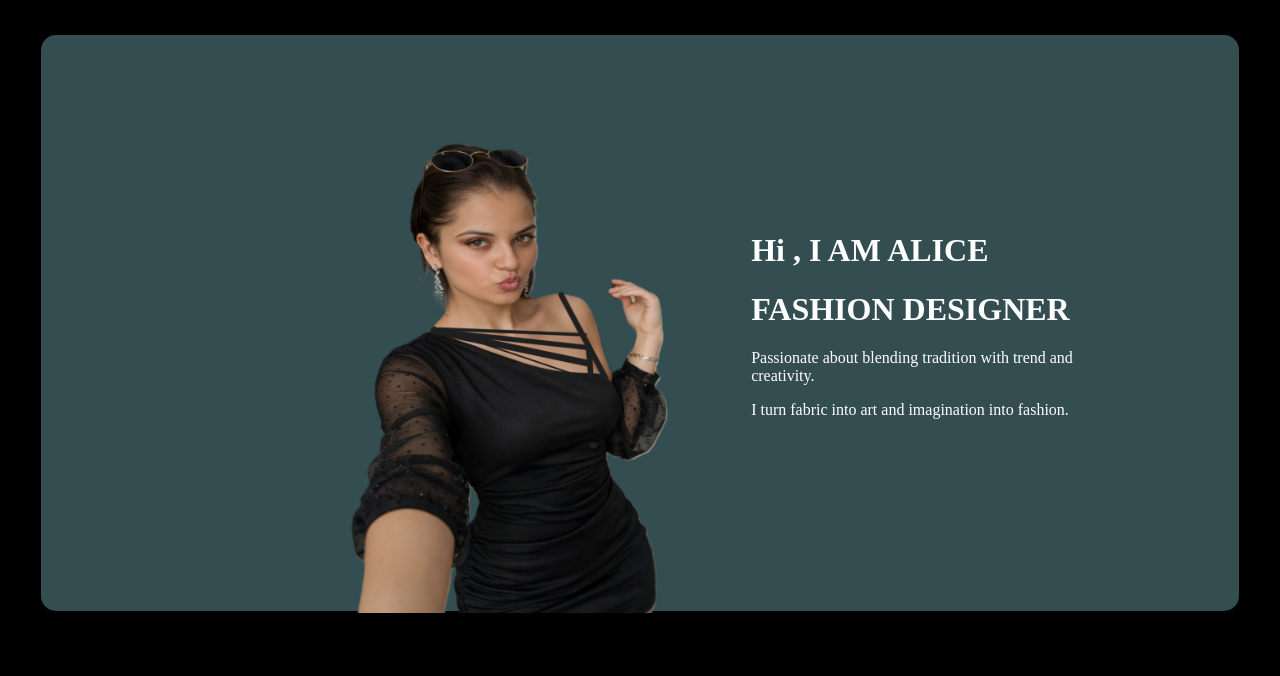
Repository: codex795/fashion-responsive
Page: index.html
These files come from the project's save history. The page is drawn as it stood at one moment and after the next save; the edit follows.
The browser window is 1280 px wide. The pictures show the whole page.

Above is the page before, as saved 2026-05-30 18:11:00.
Console error: TypeError: Cannot read properties of null (reading 'classList')

After the next save:
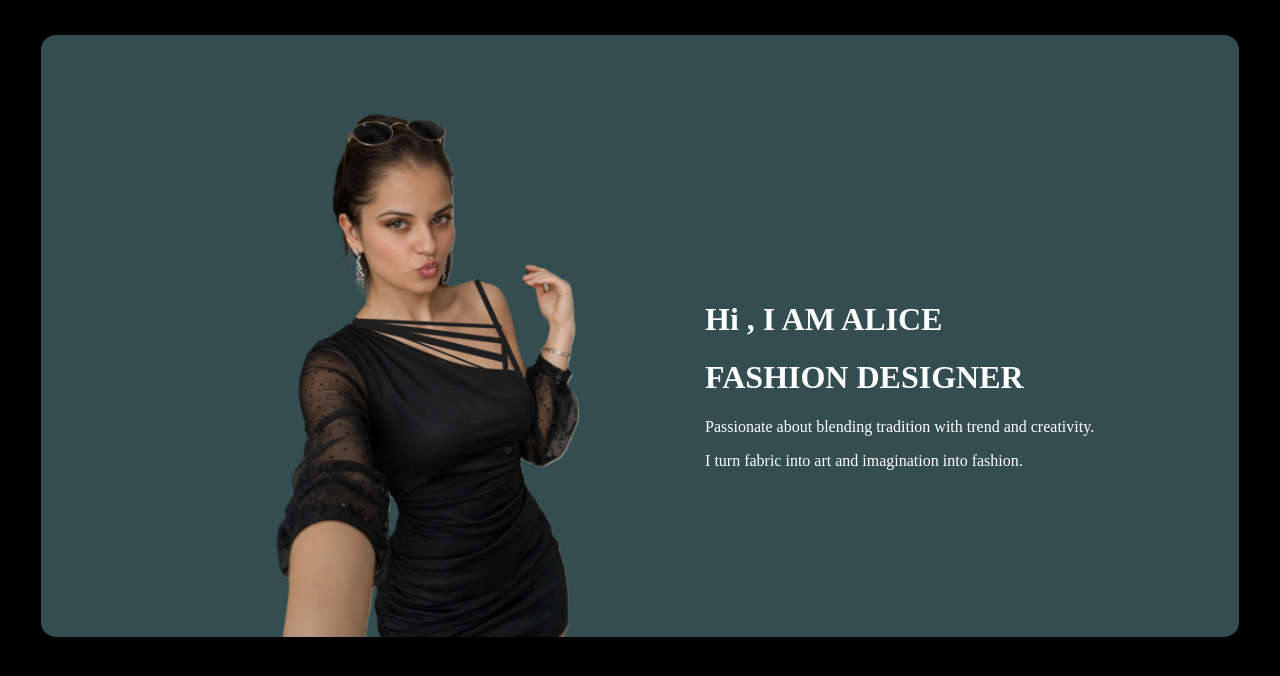
Saved 2 s later.
--- a/fashion.css
+++ b/fashion.css
@@ -1,89 +1,78 @@
 body {
     margin-top: 35px;
-    background-color: rgb(0, 0, 0);
-}
-
+    background-color: black;
+}
 
 .theme {
     display: flex;
-    align-items: center;
-    background-color:rgb(62 92 96 / 84%);
-    height: 80vh;
+    align-items: flex-end;
+    justify-content: center;
+    gap: 40px;
+    background-color: rgb(62 92 96 / 84%);
+    min-height: 80vh;
+    margin: 0 33px;
+    border-radius: 15px;
+
+}
+
+.theme img {
+    width: 40%;
+    max-width: 500px;
+    min-width: 250px;
+    height: auto;
+}
+
+.generalinformation {
+    max-width: 500px;
+    margin-bottom: 21vh;
+    color: white;
+}
+
+.active {
+    display: flex;
+    opacity: 1;
+}
+
+.theme2 {
+    display: flex;
+    background-color:#878586;;
     color: rgb(255, 255, 255);
-    gap: 50vh;
+    border-radius: 15px;
     margin: 0 33px;
+
+    min-height: 80vh;
+
     transition: opacity 3s ease;
-    border-radius: 15px;
-}
-
-
-
-.theme img {
-    width: 80vh;
-    height: 75vh;
-    left: 30vh;
-    top: 20px;
-    position: relative;
-
-}
-
-.generalinformation {
-    color: rgb(253, 255, 255);
-    position: relative;
-    right: 150px;
-
-}
-
-
-.generalinformation2 {
-    color: rgb(253, 255, 255);
-
-}
-
-.theme2 {
-    display: flex;
-    align-items: center;
-    background-color:#878586;;
-    height: 80vh;
-    color: rgb(255, 255, 255);
-    gap: 50vh;
-    margin: 0 33px;
-    transition: opacity 3s ease;
-    border-radius: 15px;
-}
+
+}
+
 
 
 .theme2 img {
-    bottom: 35px;
-    width: 86vh;
-    height: 89vh;
-    left: 125vh;
-    position: relative;
     filter: grayscale(100%) contrast(110%) brightness(69%);
-}
-
-
-.active {
-    display: flex;
-    opacity: 1;
-}
+    width: 30%;
+    height: auto;
+    margin-left: auto;
+}
+
+
 
 .box2 {
-    display: flex;
-    justify-content: space-evenly;
-    align-items: center;
+    background-color: white;
+    color: black;
+    width: 38%;
+    height: 440px;
+    display: flex;
     flex-direction: column;
-    background-color: aliceblue;
-    height: 60vh;
-    width: 105vh;
-    color: black;
-    position: relative;
-    right: 79vh;
+    justify-content: center;
+    align-items: center;
+    margin-left: 20%;
+    align-self: center;
+
 }
 
 .box2 h1 {
     transform: scale(1.5, 1.2);
-    margin: -20px;
     line-height: .9;
 }
 
@@ -95,6 +84,18 @@ body {
 .underline {
     border-bottom: 2px solid black;
 }
+
+
+
+
+
+
+
+
+
+
+
+
 
 .cards-container {
     position: relative;
